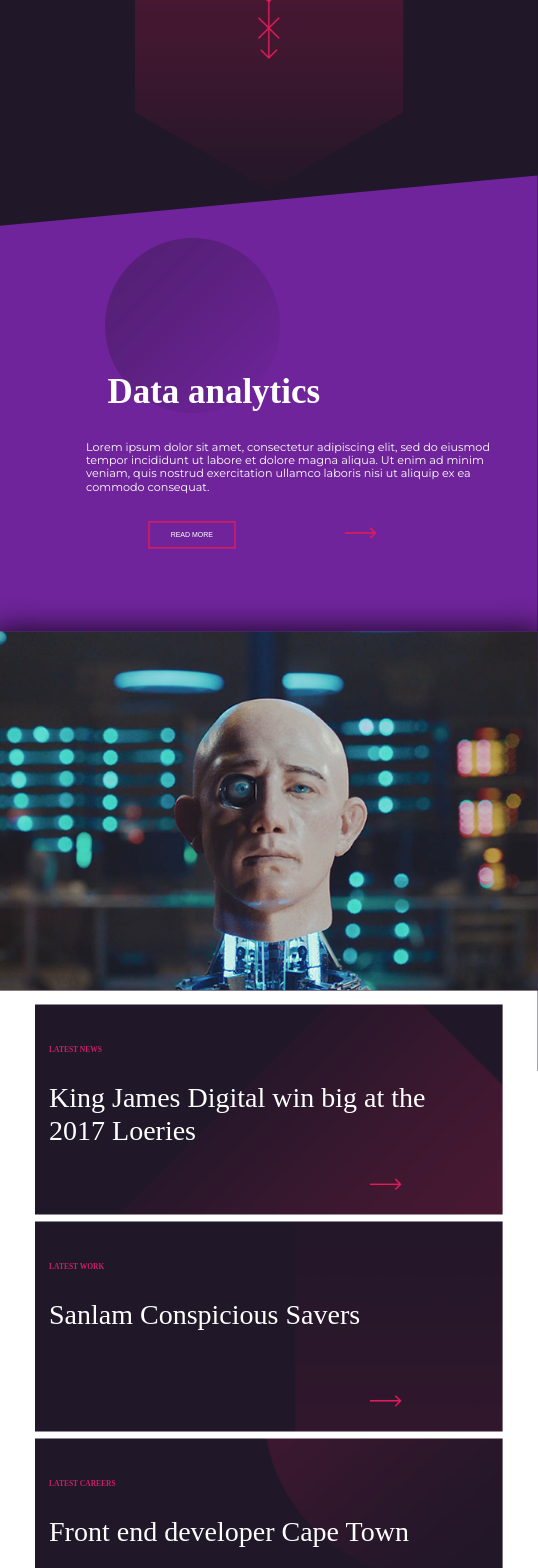
Repository: Ajtheult/King-James-Site
Page: index.html
These files come from the project's save history. The page is drawn as it stood at one moment and after the next save; the edit follows.
The browser window is 768 px wide. The pictures show the part of the page from y = 2100 to 4340 px (the page is 5675 px tall before and 5685 px after), at 70% of full size.
The style sheet was rebuilt from its Sass, Less or Tailwind sources for each picture, by a compiler version that may differ from the author's.

Above is the page before, as saved 2020-08-25 09:39:00.

After the next save:
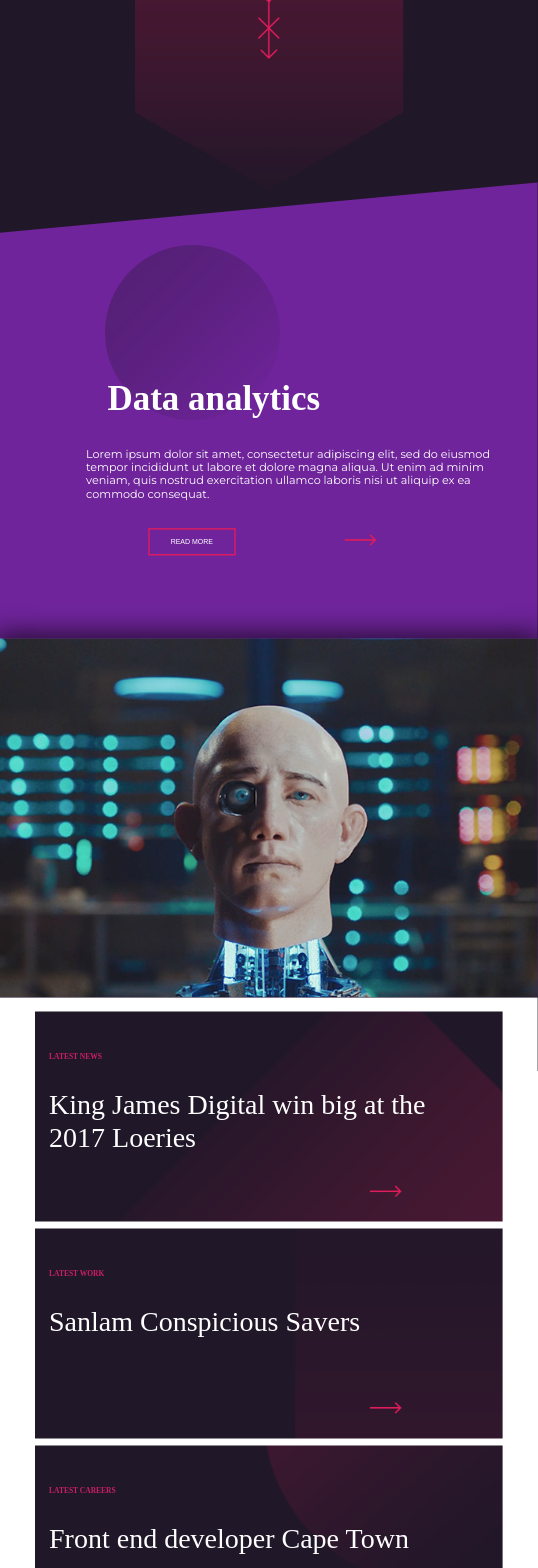
Saved 14 s later.
--- a/styling/index.scss
+++ b/styling/index.scss
@@ -378,7 +378,7 @@
       transform: translate(50%, 0%);
       width: 50%;
       height: 50%;
-      margin-bottom: 40px;
+      margin-bottom: 50px;
     }
     .people {
       transform: translate(-50%, -100%);
